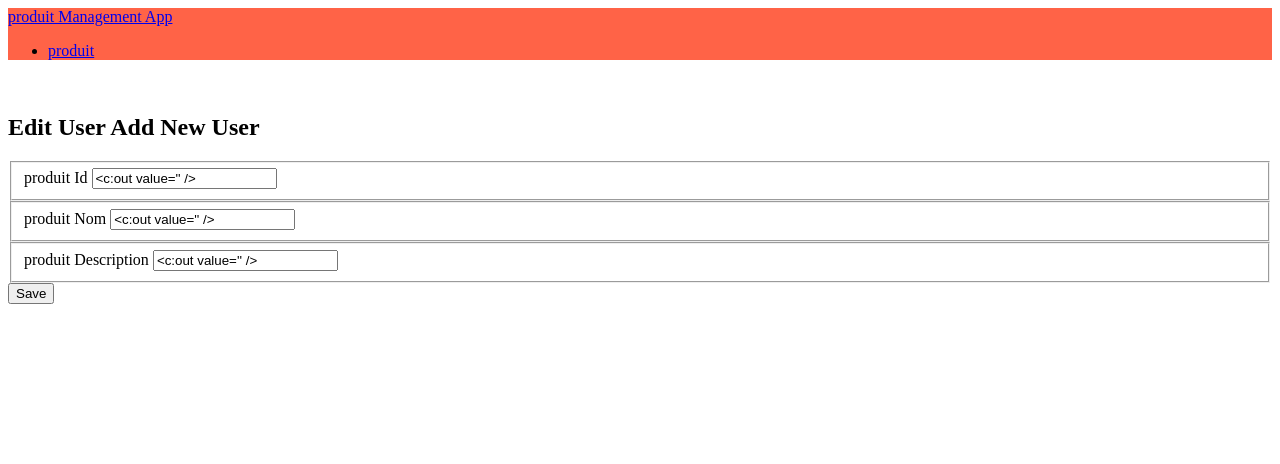
Repository: youssefeddib/ManagSport
Page: http://localhost/Application_du_gestion/
The author's editor kept a copy of each file at every save. The page is drawn from the files as they stood at one save, then again after the next save.
The browser window is 1280 px wide. The pictures show the whole page.
The page is served by Tomcat 9.

Above is the page before, as saved 2025-02-13 10:37:48.

After the next save:
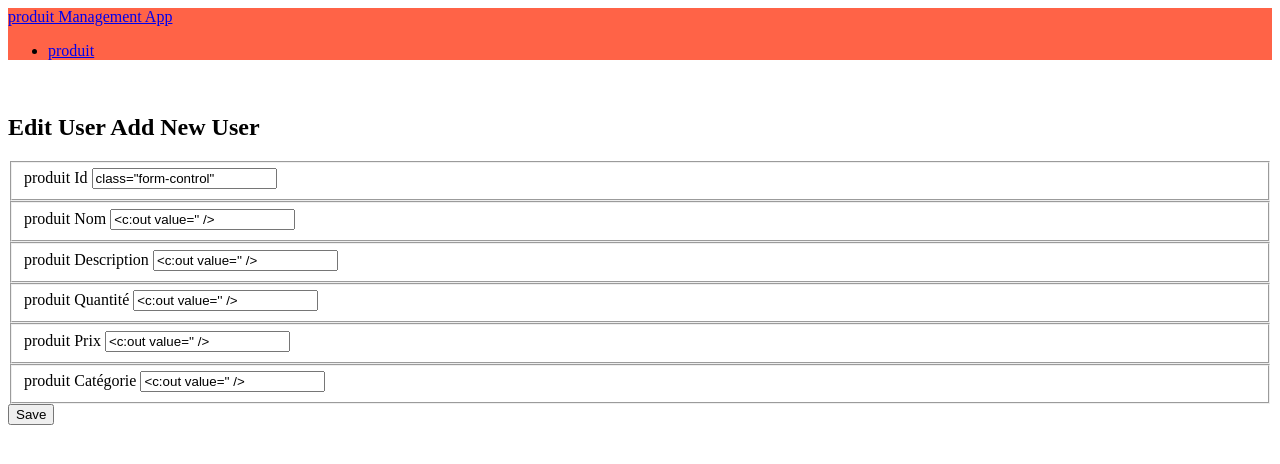
Saved 4 min 37 s later.
--- a/Application du gestion/src/main/webapp/index.jsp
+++ b/Application du gestion/src/main/webapp/index.jsp
@@ -44,7 +44,7 @@
                         </c:if>
 
                         <fieldset class="form-group">
-                            <label>produit Id</label> <input type="text" value="<c:out value='${user.name}' />" class="form-control" name="name" required="required">
+                            <label>produit Id</label> <input type="text" value= class="form-control" name="name" required="required">
                         </fieldset>
 
                         <fieldset class="form-group">
@@ -55,6 +55,20 @@
                             <label>produit Description</label> <input type="text" value="<c:out value='${user.country}' />" class="form-control" name="country">
                         </fieldset>
 
+                         <fieldset class="form-group">
+                            <label>produit Quantité</label> <input type="text" value="<c:out value='${user.country}' />" class="form-control" name="country">
+                        </fieldset>
+
+                        <fieldset class="form-group">
+                            <label>produit Prix</label> <input type="text" value="<c:out value='${user.country}' />" class="form-control" name="country">
+                        </fieldset>
+
+                        <fieldset class="form-group">
+                            <label>produit Catégorie</label> <input type="text" value="<c:out value='${user.country}' />" class="form-control" name="country">
+                        </fieldset>
+
+
+
                         <button type="submit" class="btn btn-success">Save</button>
                         </form>
                     </div>
